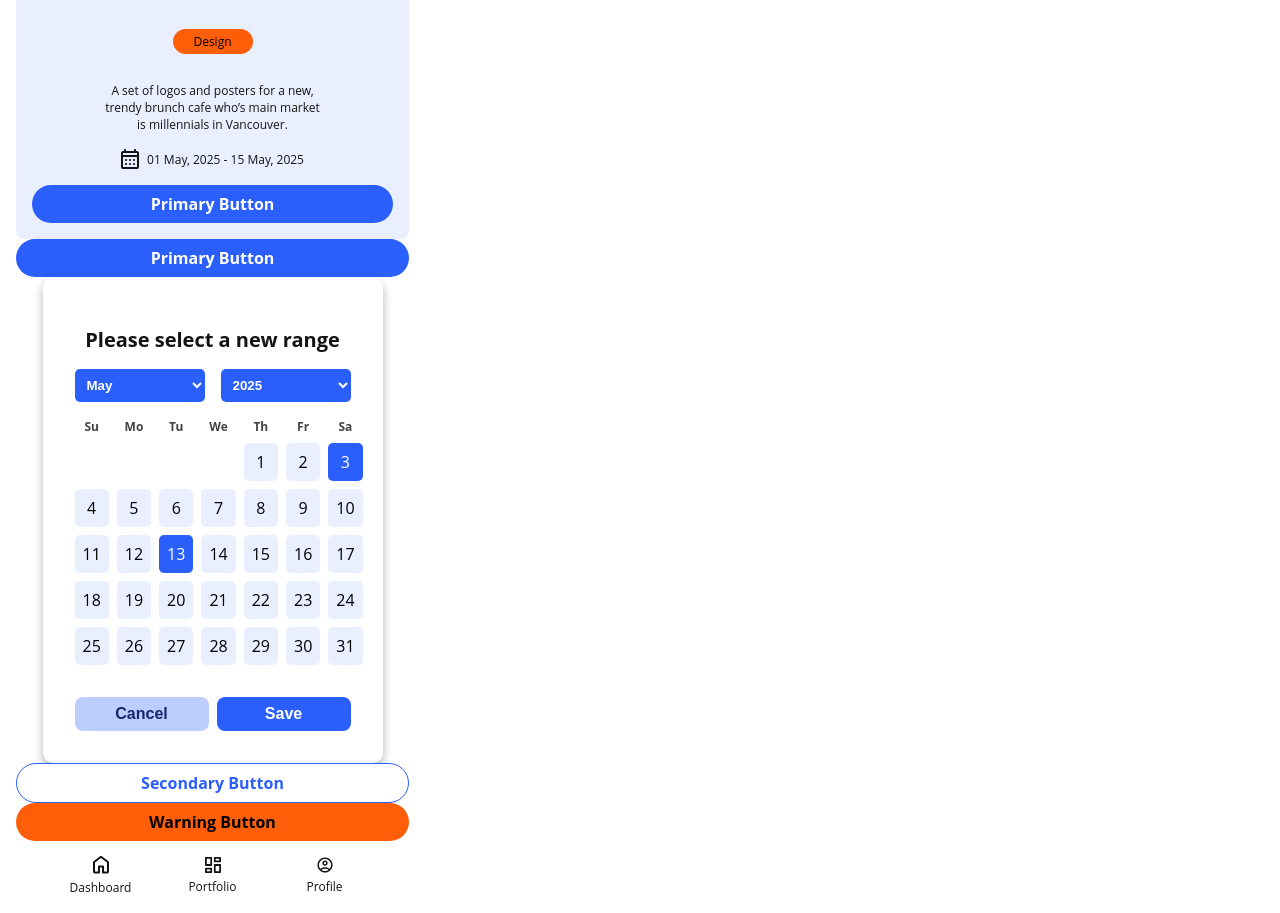
Repository: brunaguarizo/mosaic_app
Page: /
The author's editor kept a copy of each file at every save. The page is drawn from the files as they stood at one save, then again after the next save.
The browser window is 1280 px wide. The pictures show the whole page.
The project was rebuilt for these pictures with package versions that can differ from the ones it lists, and the page was loaded fresh each time. The framework's server and built-in components were replaced by stand-ins that run in the browser. Also part of the build but not shown: next.config.mjs.

Above is the page before, as saved 2025-04-18 10:50:33.

### app/page.js
import Navbar from "./_ui/Navbar/Navbar";
import ProjectCard from "./_ui/Project_card/Project_card";
import Button from "./_ui/Button/Button";
import DatePicker from "./_ui/Date_PopUp/Date_PopUp";

export default function Home() {
    return (
        <div>
            <ProjectCard />

            <Button
                value='Primary Button'
                type='primary'
                //onClick={}
            />
            <DatePicker />

            <Button
                value='Secondary Button'
                type='secondary'
                //onClick={}
            />

            <Button
                value='Warning Button'
                type='warning'
                //onClick={}
            />
            <Navbar />
        </div>
    );
}

### app/globals.css
/* ------------------------------------------------------ GENERAL STYLES ------------------------------------------------------ */
*,
*::before,
*::after {
    box-sizing: inherit;
}

html,
body {
    padding: 0;
    margin: 0;
    font-family: var(--font-family);
    box-sizing: border-box;
}

html {
    display: flex;
    justify-content: center;
    align-items: center;
    width: 393px;
    height: 100%;
    margin: var(--space-regular);
}

.container {
}

.two-column {
    display: grid;
    grid-template-columns: 1fr 1fr;
    gap: var(--space-large);
}

/* ------------------------------------------------------ VARIABLES ------------------------------------------------------ */
:root {
    /* ----- COLORS ----- */
    --blue-primary: rgb(43, 95, 252);
    --blue-50: rgb(234, 239, 255);
    --blue-900: rgb(18, 40, 106);
    --white: #ffffff;
    --black: rgb(20, 20, 20);
    --grey-400: rgb(67, 67, 67);
    --yellow-secondary: rgb(255, 218, 1);
    --orange-secondary: rgb(255, 94, 9);
    --green-secondary: rgb(0, 193, 79);
    --purple-secondary: rgb(154, 65, 255);

    /* ----- TYPE ----- */
    --font-family: "Open Sans", sans-serif;

    --header-xxlarge-size: 88px;
    --title-section-font-size: 30px;
    --button-font-size: 24px;
    --body-text-font-size: 20px;
    --menu-font-size: 16px;
    --label-font-size: 12px;

    --font-style-normal: normal;
    --font-weight-bold: bold;

    --line-height-xxlarge: 100px;
    --line-height-large: 36px;
    --line-height-medium: 28px;
    --line-height-small: 20px;

    /* ----- SPACING ----- */
    --space-small: 8px;
    --space-regular: 16px;
    --space-medium: 32px;
    --space-large: 48px;
    --space-extra-large: 140px;
}

### app/_ui/Button/Button.js
// type: primary, secondary, warning
// disabled: boolean
// icon: icon
// size: small / default / large
// value: text
// onClick: function

import styles from "./Button.module.css";
import classNames from "classnames";

export default function Button({
    type,
    isDisabled = false,
    icon,
    size,
    value,
    onClick,
}) {
    const buttonClasses = classNames(styles.button, {
        [styles.small]: size === "small",
        [styles.large]: size === "large",
        [styles.primary]: type === "primary",
        [styles.secondary]: type === "secondary",
        [styles.disabled]: isDisabled,
        [styles.error]: type === "warning",
    });

    return (
        <input
            className={buttonClasses}
            type='button'
            value={value}
            onClick={onClick}
        />
    );
}

### app/_ui/Date_PopUp/Date_PopUp.js
"use client";

import { useState } from "react";
import styles from "./Date_PopUp.module.css";

const months = [
    "January",
    "February",
    "March",
    "April",
    "May",
    "June",
    "July",
    "August",
    "September",
    "October",
    "November",
    "December",
];

const years = [2025, 2026, 2027, 2028, 2029, 2020];

export default function DatePicker() {
    const [selectedMonth, setSelectedMonth] = useState(4); // May
    const [selectedYear, setSelectedYear] = useState(2025);
    const [selectedDates, setSelectedDates] = useState([3, 13]);

    const generateCalendar = () => {
        const firstDay = new Date(selectedYear, selectedMonth, 1).getDay();
        const daysInMonth = new Date(
            selectedYear,
            selectedMonth + 1,
            0
        ).getDate();

        const blanks = Array(firstDay).fill(null);
        const days = Array.from({ length: daysInMonth }, (_, i) => i + 1);

        return [...blanks, ...days];
    };

    const handleDateClick = (day) => {
        if (!day) return;
        const updated = [...selectedDates];
        if (updated.length === 2) updated.length = 0;
        updated.push(day);
        setSelectedDates(updated.sort((a, b) => a - b));
    };

    return (
        <div className={styles.popupContainer}>
            <div className={styles.popup}>
                <h2 className={styles.title}>Please select a new range</h2>
                <div className={styles.selects}>
                    <select
                        className={styles.select}
                        value={selectedMonth}
                        onChange={(e) =>
                            setSelectedMonth(Number(e.target.value))
                        }>
                        {months.map((month, idx) => (
                            <option
                                key={month}
                                value={idx}>
                                {month}
                            </option>
                        ))}
                    </select>
                    <select
                        className={styles.select}
                        value={selectedYear}
                        onChange={(e) =>
                            setSelectedYear(Number(e.target.value))
                        }>
                        {years.map((year) => (
                            <option
                                key={year}
                                value={year}>
                                {year}
                            </option>
                        ))}
                    </select>
                </div>
                <div className={styles.calendar}>
                    {["Su", "Mo", "Tu", "We", "Th", "Fr", "Sa"].map((day) => (
                        <div
                            key={day}
                            className={styles.dayLabel}>
                            {day}
                        </div>
                    ))}
                    {generateCalendar().map((day, idx) => (
                        <div
                            key={idx}
                            className={`${styles.dayCell} ${
                                selectedDates.includes(day)
                                    ? styles.selected
                                    : ""
                            } ${!day ? styles.empty : ""}`}
                            onClick={() => handleDateClick(day)}>
                            {day || ""}
                        </div>
                    ))}
                </div>
                <div className={styles.actions}>
                    <button className={styles.cancel}>Cancel</button>
                    <button className={styles.save}>Save</button>
                </div>
            </div>
        </div>
    );
}

### app/_ui/navbar/Navbar.module.css
.nav {
    width: 393px;
    height: 72px;
    justify-content: center;
    align-items: center;
    display: flex;
    flex-direction: row;
    padding: 0;
    margin: 0;
    gap: var(--space-large);
    border-top: 1px solid var(--grey-50);
}

.navbar__item {
    display: flex;
    flex-direction: column;
    justify-content: center;
    align-items: center;
    gap: 4px;
    text-decoration: none;
    width: 60px;
    height: 44px;
    padding-left: 32px;
    padding-right: 32px;
    margin: 0;
}

.navbar__icon {
    max-width: 16px;
    padding: 0;
    margin: 0;
    fill: var(--black);
}

.navbar__text {
    color: var(--black);
    font-size: var(--label-font-size);
    font-weight: var(--font-weight-400);
    line-height: var(--line-height-small);
    text-decoration: none;
    padding: 0;
    margin: 0;
}

.navbar__item:hover .navbar__text,
.navbar__item:hover .navbar__icon,
.navbar__item:active .navbar__text,
.navbar__item:active .navbar__icon {
    color: var(--blue-primary);
    fill: var(--blue-primary);
}

/* ------------------------------------------------------ VARIABLES ------------------------------------------------------ */
:root {
    /* ----- COLORS ----- */
    --blue-primary: rgb(43, 95, 252);
    --blue-50: rgb(234, 239, 255);
    --blue-100: #bdcdfe;
    --blue-900: rgb(18, 40, 106);
    --white: #ffffff;
    --black: rgb(20, 20, 20);
    --grey-400: rgb(67, 67, 67);
    --yellow-secondary: rgb(255, 218, 1);
    --orange-secondary: rgb(255, 94, 9);
    --green-secondary: rgb(0, 193, 79);
    --purple-secondary: rgb(154, 65, 255);

    /* ----- TYPE ----- */
    --font-family: "Open Sans", sans-serif;

    --font-size-extra-large: 30px;
    --font-size-large: 24px;
    --font-size-medium: 20px;
    --font-size-regular: 16px;
    --font-size-small: 12px;

    --font-style-normal: normal;
    --font-weight-bold: bold;

    --line-height-xxlarge: 100px;
    --line-height-large: 36px;
    --line-height-medium: 28px;
    --line-height-small: 20px;

    /* ----- SPACING ----- */
    --space-small: 8px;
    --space-regular: 16px;
    --space-medium: 32px;
    --space-large: 48px;
    --space-extra-large: 140px;
}

### app/_ui/Project_card/Project_card.module.css
.card__container {
    display: flex;
    flex-direction: column;
    justify-content: center;
    align-items: center;
    background-color: var(--blue-50);
    border-radius: var(--space-small);
    padding: var(--space-regular);
    gap: var(--space-regular);
}

.card__menu {
    width: 100%;
    display: flex;
    justify-content: flex-end;
    padding: 0;
    margin: 0;
}

.card__icon {
    fill: var(--blue-primary);
    padding: 0;
    margin: 0;

    &:hover {
        fill: var(--blue-900);
    }
}

.card__title {
    font-family: var(--font-family);
    font-size: var(--font-size-regular);
    font-weight: var(--font-weight-bold);
    color: var(--black);
    padding: 0;
    margin: 0;
}

.card__text {
    font-family: var(--font-family);
    font-size: var(--font-size-small);
    font-weight: var(--font-weight-regular);
    color: var(--black);
    text-align: center;
    padding: 0;
    margin: 0;
    max-width: 220px;
}

.date {
    display: flex;
    align-items: center;
    gap: var(--space-small);
    padding: 0;
    margin: 0;
}

.date__icon {
    fill: var(--black);
    padding: 0;
    margin: 0;
}

/* ------------------------------------------------------ VARIABLES ------------------------------------------------------ */
:root {
    /* ----- COLORS ----- */
    --blue-primary: rgb(43, 95, 252);
    --blue-50: rgb(234, 239, 255);
    --blue-100: #bdcdfe;
    --blue-900: rgb(18, 40, 106);
    --white: #ffffff;
    --black: rgb(20, 20, 20);
    --grey-400: rgb(67, 67, 67);
    --yellow-secondary: rgb(255, 218, 1);
    --orange-secondary: rgb(255, 94, 9);
    --green-secondary: rgb(0, 193, 79);
    --purple-secondary: rgb(154, 65, 255);

    /* ----- TYPE ----- */
    --font-family: "Open Sans", sans-serif;

    --font-size-extra-large: 30px;
    --font-size-large: 24px;
    --font-size-medium: 20px;
    --font-size-regular: 16px;
    --font-size-small: 12px;

    --font-style-normal: normal;
    --font-weight-bold: bold;

    --line-height-xxlarge: 100px;
    --line-height-large: 36px;
    --line-height-medium: 28px;
    --line-height-small: 20px;

    /* ----- SPACING ----- */
    --space-small: 8px;
    --space-regular: 16px;
    --space-medium: 32px;
    --space-large: 48px;
    --space-extra-large: 140px;
}

### app/_ui/Tag/Tag.js
import styles from "./Tag.module.css";

function Tag() {
    return <p className={styles.tag}>Design</p>;
}

export default Tag;

### app/_ui/Button/Button.module.css
.button {
    font-family: var(--font-family);
    font-size: var(--font-size-regular);
    font-weight: var(--font-weight-bold);
    width: 100%;
    padding-top: var(--space-small);
    padding-left: var(--space-regular);
    padding-right: var(--space-regular);
    padding-bottom: var(--space-small);
    border-radius: 100px;
    align-items: center;
    border: none;

    &:hover {
        background-color: var(--blue-900);
        color: var(--white);
    }
}

.primary {
    background: var(--blue-primary);
    color: var(--white);
}

.secondary {
    background-color: var(--white);
    border: 1px solid var(--blue-primary);
    color: var(--blue-primary);
}

.disabled {
    pointer-events: none;
    color: var(--white);
    background-color: var(--blue-100);
}

.small {
    font-size: var(--font-size-small);
    padding: var(--space-small);
    align-items: center;
}

.large {
    font-size: var(--font-size-large);
    padding: var(--space-regular);
}

.error {
    background-color: var(--orange-secondary);
}

/* ------------------------------------------------------ VARIABLES ------------------------------------------------------ */
:root {
    /* ----- COLORS ----- */
    --blue-primary: rgb(43, 95, 252);
    --blue-50: rgb(234, 239, 255);
    --blue-100: #bdcdfe;
    --blue-900: rgb(18, 40, 106);
    --white: #ffffff;
    --black: rgb(20, 20, 20);
    --grey-400: rgb(67, 67, 67);
    --yellow-secondary: rgb(255, 218, 1);
    --orange-secondary: rgb(255, 94, 9);
    --green-secondary: rgb(0, 193, 79);
    --purple-secondary: rgb(154, 65, 255);

    /* ----- TYPE ----- */
    --font-family: "Open Sans", sans-serif;

    --font-size-extra-large: 30px;
    --font-size-large: 24px;
    --font-size-medium: 20px;
    --font-size-regular: 16px;
    --font-size-small: 12px;

    --font-style-normal: normal;
    --font-weight-bold: bold;

    --line-height-xxlarge: 100px;
    --line-height-large: 36px;
    --line-height-medium: 28px;
    --line-height-small: 20px;

    /* ----- SPACING ----- */
    --space-small: 8px;
    --space-regular: 16px;
    --space-medium: 32px;
    --space-large: 48px;
    --space-extra-large: 140px;
}

### app/_ui/Date_PopUp/Date_PopUp.module.css
.popupContainer {
    display: flex;
    justify-content: center;
    align-items: center;
}

.popup {
    background-color: var(--white);
    padding: var(--space-medium);
    border-radius: 10px;
    box-shadow: 0 5px 10px rgba(0, 0, 0, 0.3);
    font-family: var(--font-family);
    width: 340px;
}

.title {
    font-size: var(--font-size-medium);
    margin-bottom: var(--space-regular);
    color: var(--black);
    text-align: center;
}

.selects {
    display: flex;
    gap: var(--space-regular);
    margin-bottom: var(--space-regular);
}

.select {
    flex: 1;
    padding: var(--space-small);
    background-color: var(--blue-primary);
    color: var(--white);
    font-weight: var(--font-weight-bold);
    border: none;
    border-radius: 5px;
    cursor: pointer;
}

.calendar {
    display: grid;
    grid-template-columns: repeat(7, 1fr);
    gap: var(--space-small);
    text-align: center;
    margin-bottom: var(--space-medium);
}

.dayLabel {
    font-weight: var(--font-weight-bold);
    font-size: var(--font-size-small);
    color: var(--grey-400);
}

.dayCell {
    padding: var(--space-small);
    border-radius: 5px;
    font-size: var(--font-size-regular);
    background-color: var(--blue-50);
    cursor: pointer;
    user-select: none;
}

.dayCell:hover {
    background-color: var(--blue-100);
}

.selected {
    background-color: var(--blue-primary);
    color: var(--white);
}

.empty {
    background: none;
    pointer-events: none;
}

.actions {
    display: flex;
    justify-content: space-between;
}

.cancel,
.save {
    padding: var(--space-small) var(--space-medium);
    border: none;
    border-radius: 8px;
    font-size: var(--font-size-regular);
    font-weight: var(--font-weight-bold);
    cursor: pointer;
    flex: 1;
}

.cancel {
    background-color: var(--blue-100);
    color: var(--blue-900);
    margin-right: var(--space-small);
}

.save {
    background-color: var(--blue-primary);
    color: var(--white);
}

/* ------------------------------------------------------ VARIABLES ------------------------------------------------------ */
:root {
    /* ----- COLORS ----- */
    --blue-primary: rgb(43, 95, 252);
    --blue-50: rgb(234, 239, 255);
    --blue-100: #bdcdfe;
    --blue-900: rgb(18, 40, 106);
    --white: #ffffff;
    --black: rgb(20, 20, 20);
    --grey-400: rgb(67, 67, 67);
    --yellow-secondary: rgb(255, 218, 1);
    --orange-secondary: rgb(255, 94, 9);
    --green-secondary: rgb(0, 193, 79);
    --purple-secondary: rgb(154, 65, 255);

    /* ----- TYPE ----- */
    --font-family: "Open Sans", sans-serif;

    --font-size-extra-large: 30px;
    --font-size-large: 24px;
    --font-size-medium: 20px;
    --font-size-regular: 16px;
    --font-size-small: 12px;

    --font-style-normal: normal;
    --font-weight-bold: bold;

    --line-height-xxlarge: 100px;
    --line-height-large: 36px;
    --line-height-medium: 28px;
    --line-height-small: 20px;

    /* ----- SPACING ----- */
    --space-small: 8px;
    --space-regular: 16px;
    --space-medium: 32px;
    --space-large: 48px;
    --space-extra-large: 140px;
}

### app/_ui/Tag/Tag.module.css
.tag {
    font-family: var(--font-family);
    font-size: var(--font-size-small);
    font-weight: var(--font-weight-regular);
    width: 80px;
    padding: var(--space-extra-small);
    border-radius: 100px;
    border: none;
    background-color: var(--orange-secondary);

    display: flex;
    justify-content: center;
    align-items: center;
    text-align: center;
}

/* ------------------------------------------------------ VARIABLES ------------------------------------------------------ */
:root {
    /* ----- COLORS ----- */
    --blue-primary: rgb(43, 95, 252);
    --blue-50: rgb(234, 239, 255);
    --blue-100: #bdcdfe;
    --blue-900: rgb(18, 40, 106);
    --white: #ffffff;
    --black: rgb(20, 20, 20);
    --grey-400: rgb(67, 67, 67);
    --yellow-secondary: rgb(255, 218, 1);
    --orange-secondary: rgb(255, 94, 9);
    --green-secondary: rgb(0, 193, 79);
    --purple-secondary: rgb(154, 65, 255);

    /* ----- TYPE ----- */
    --font-family: "Open Sans", sans-serif;

    --font-size-extra-large: 30px;
    --font-size-large: 24px;
    --font-size-medium: 20px;
    --font-size-regular: 16px;
    --font-size-small: 12px;

    --font-style-normal: normal;
    --font-weight-bold: bold;

    --line-height-xxlarge: 100px;
    --line-height-large: 36px;
    --line-height-medium: 28px;
    --line-height-small: 20px;

    /* ----- SPACING ----- */
    --space-extra-small: 4px;
    --space-small: 8px;
    --space-regular: 16px;
    --space-medium: 32px;
    --space-large: 48px;
    --space-extra-large: 140px;
}

Loaded but not shown: app/layout.js (common file); app/_ui/Project_card/Project_card.js (67 lines, source omitted); app/_ui/navbar/Navbar.js (56 lines, source omitted)

After the next save:
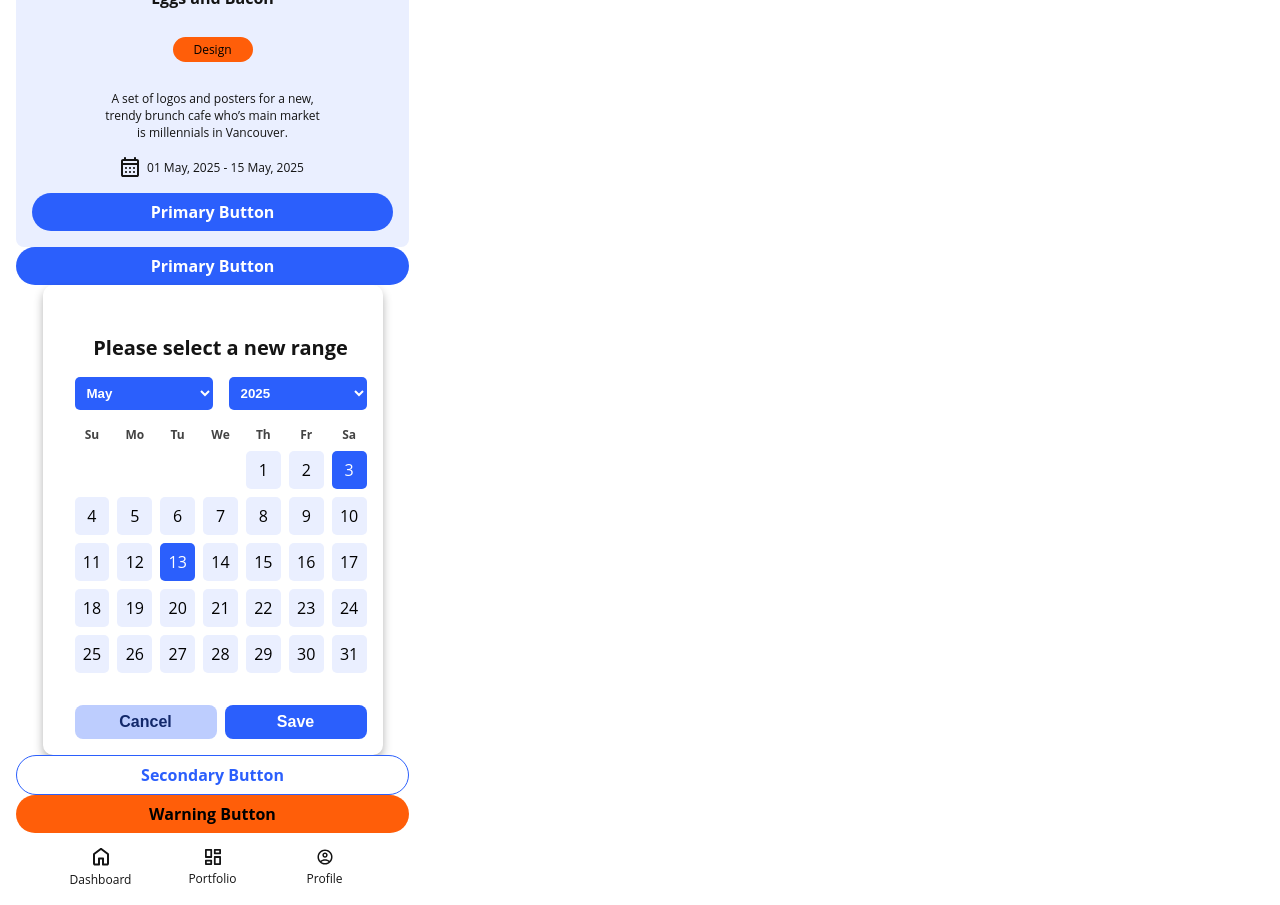
Saved 40 s later.
--- a/app/_ui/Date_PopUp/Date_PopUp.module.css
+++ b/app/_ui/Date_PopUp/Date_PopUp.module.css
@@ -6,7 +6,8 @@
 
 .popup {
     background-color: var(--white);
-    padding: var(--space-medium);
+    padding: var(--space-medium) var(--space-regular) var(--space-regular)
+        var(--space-medium);
     border-radius: 10px;
     box-shadow: 0 5px 10px rgba(0, 0, 0, 0.3);
     font-family: var(--font-family);
